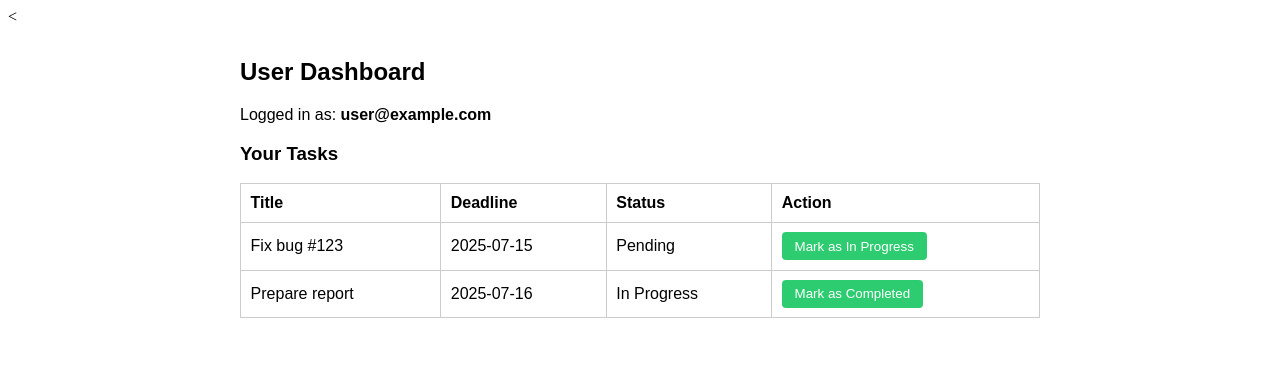
Repository: Edmund-Kiama/todoPHP
Page: /user (app in task-manager-frontend/)
These files come from the project's save history. The page is drawn as it stood at one moment and after the next save; the edit follows.
The browser window is 1280 px wide. The pictures show the whole page.
The project was rebuilt for these pictures with package versions that can differ from the ones it lists, and the page was loaded fresh each time. Also part of the build but not shown: task-manager-frontend/vite.config.js, task-manager-frontend/src/components/Login/login.css, task-manager-frontend/src/components/Login/Login.vue, task-manager-frontend/src/components/Admin/admin.css, task-manager-frontend/src/components/Admin/AdminDashboard.vue.

Above is the page before, as saved 2025-07-12 20:49:15.

After the next save:
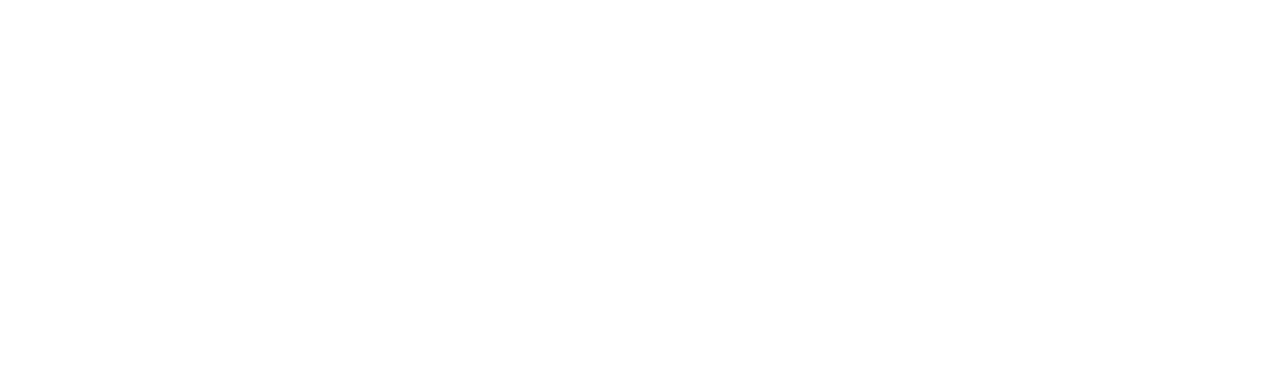
Console error (its wording comes from the project's code and is left out).
Saved 4 s later.
--- a/task-manager-frontend/src/App.vue
+++ b/task-manager-frontend/src/App.vue
@@ -1,5 +1,5 @@
 <template>
-  <
+  <Navb
   <router-view />
 </template>
 

After the 5 saves that followed:
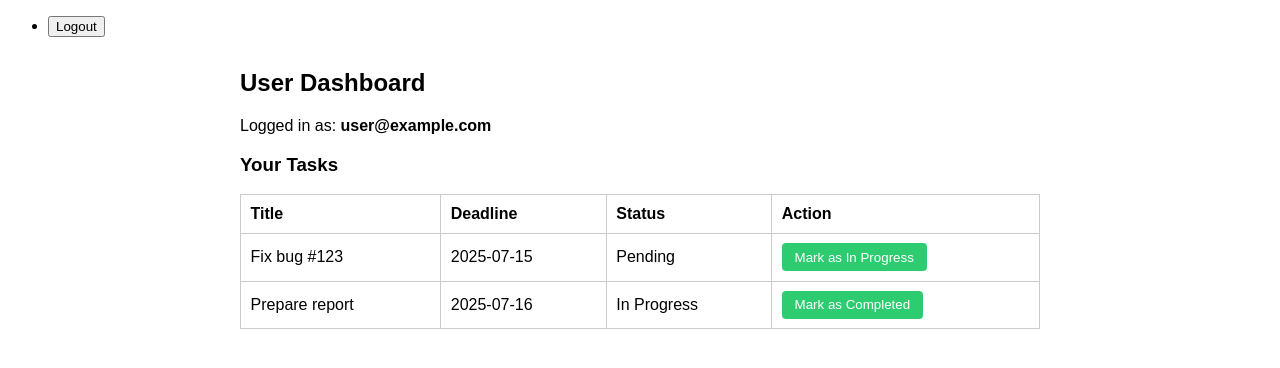
The error is gone.
The 5 saves are shown as one change because 1 left the picture as it was and some came seconds apart.
The last was saved 19 s later.
--- a/task-manager-frontend/src/App.vue
+++ b/task-manager-frontend/src/App.vue
@@ -1,7 +1,8 @@
 <template>
-  <Navb
+  <Navbar />
   <router-view />
 </template>
 
 <script setup>
+import Navbar from './components/Navbar/Navbar.vue';
 </script>
